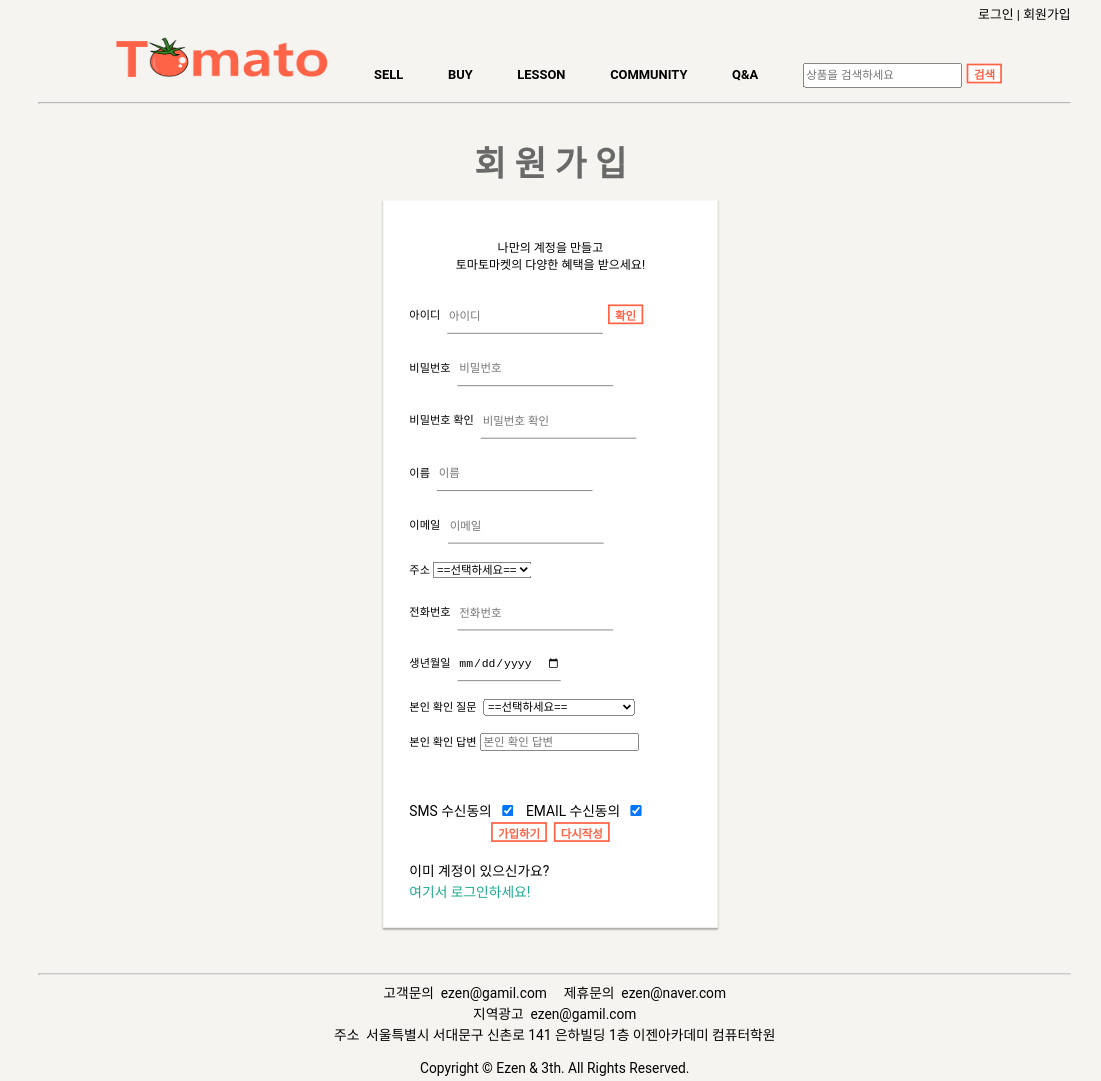
Repository: javadogfoot/semi-project
Page: http://localhost/tomato/member/join.jsp
The author's editor kept a copy of each file at every save. The page is drawn from the files as they stood at one save, then again after the next save.
The browser window is 1280 px wide. The pictures show the whole page, at 86% of full size.
The page is served by Tomcat 9.

Above is the page before, as saved 2021-10-19 05:32:44.

After the next save:
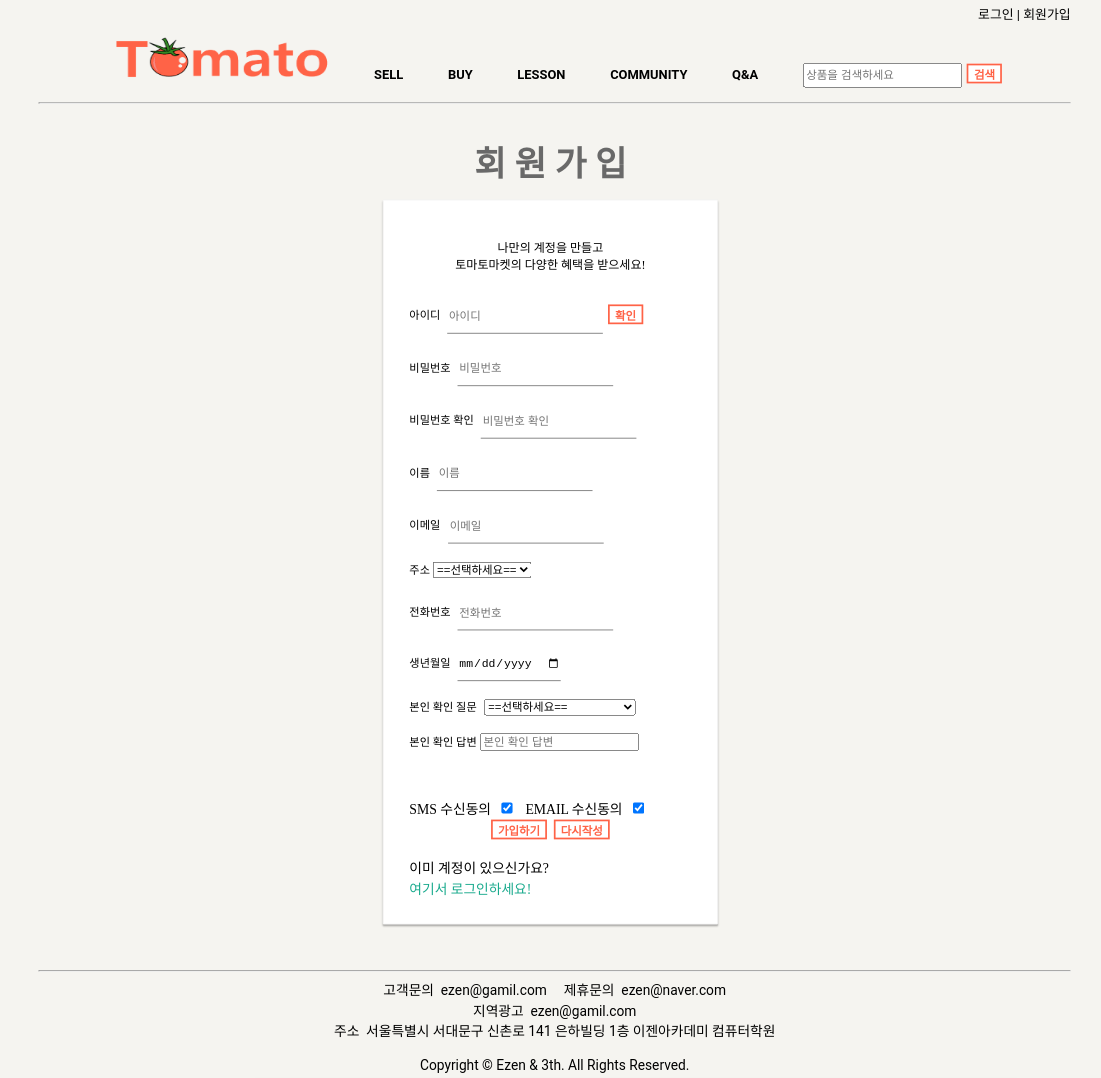
Saved 45 min 53 s later.
--- a/semi프로젝트워크스페이스/tomato/src/main/webapp/member/join.jsp
+++ b/semi프로젝트워크스페이스/tomato/src/main/webapp/member/join.jsp
@@ -133,12 +133,14 @@
       width: 390px;
       margin: 0 auto;
       padding: 30px 0;
+      font-family: Ink Free;
 }
 .signup-form h3{
       color: dimgray;
       font-size: 40px;
       margin: 0 0 15px;
       text-align: center;
+      font-family: Ink Free;
    }
 .signup-form .lead {
         font-size: 14px;

After the save that followed:
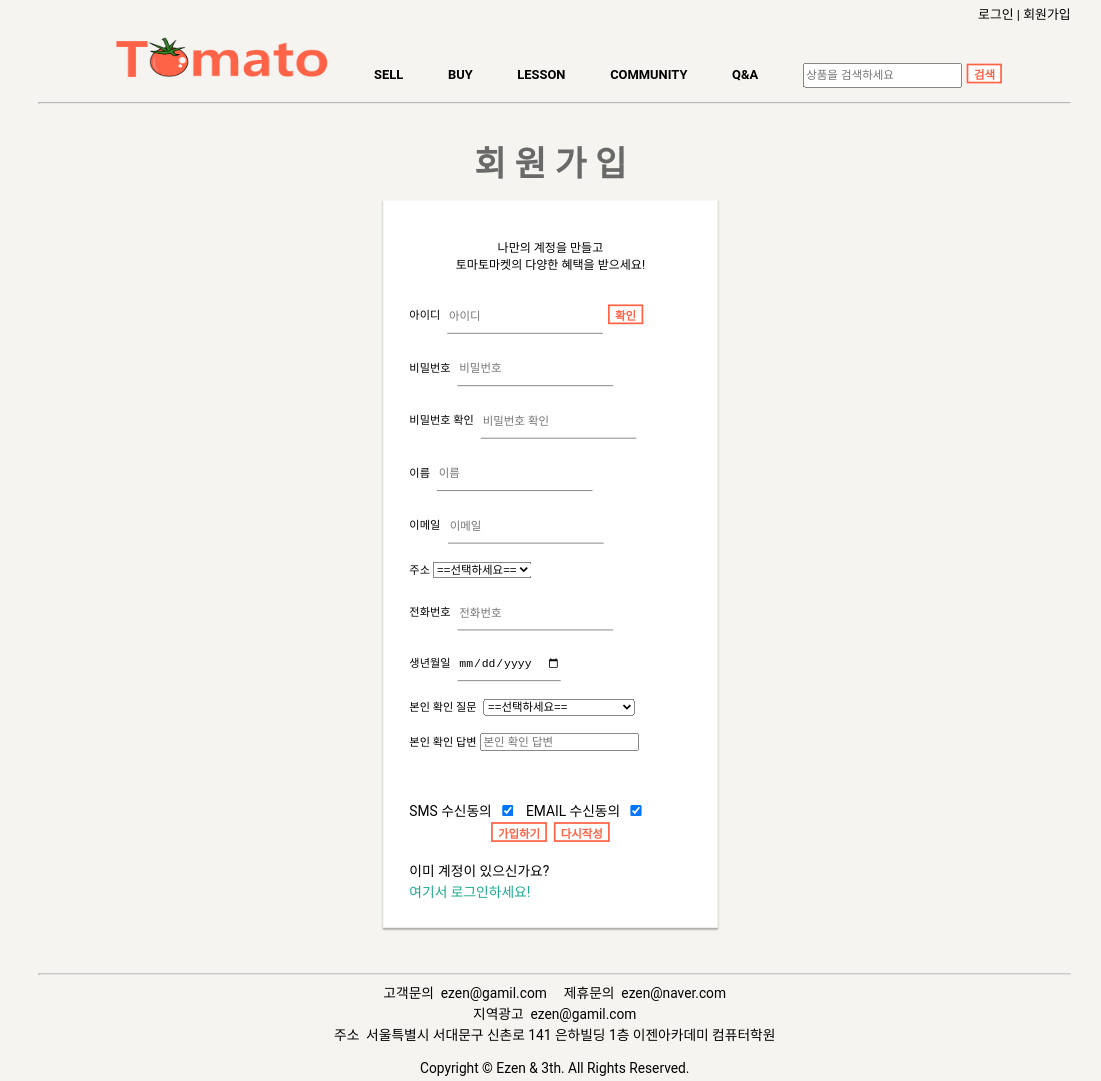
Saved 19 s later.
--- a/semi프로젝트워크스페이스/tomato/src/main/webapp/member/join.jsp
+++ b/semi프로젝트워크스페이스/tomato/src/main/webapp/member/join.jsp
@@ -133,14 +133,12 @@
       width: 390px;
       margin: 0 auto;
       padding: 30px 0;
-      font-family: Ink Free;
 }
 .signup-form h3{
       color: dimgray;
       font-size: 40px;
       margin: 0 0 15px;
       text-align: center;
-      font-family: Ink Free;
    }
 .signup-form .lead {
         font-size: 14px;
